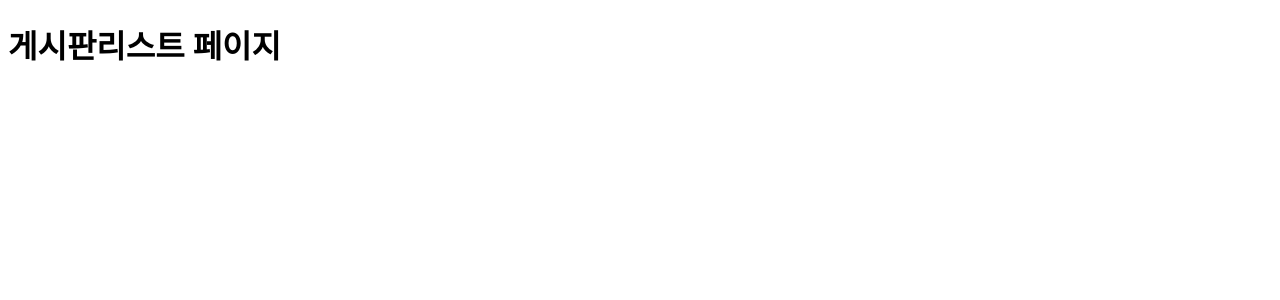
Repository: leejonggwon/PBG_SpringProject
Page: http://localhost/SpringMVC01/boardList.do
The author's editor kept a copy of each file at every save. The page is drawn from the files as they stood at one save, then again after the next save.
The browser window is 1280 px wide. The pictures show the whole page.
The page is served by Tomcat 9.

Above is the page before, as saved 2025-07-31 06:34:03.

After the next save:
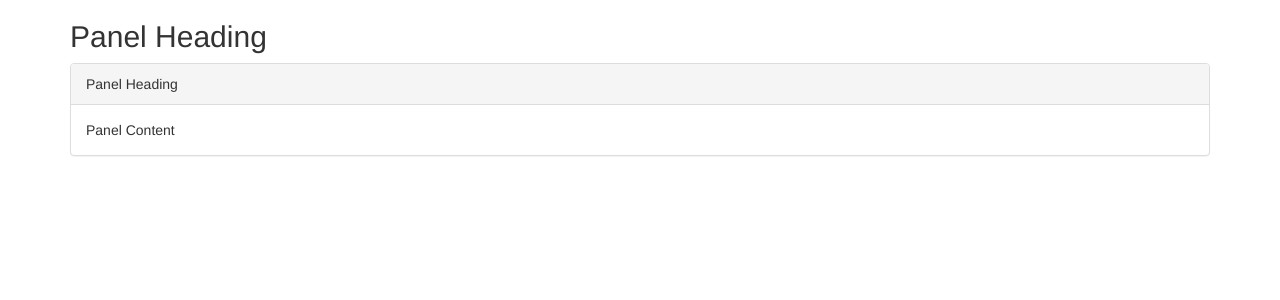
Saved 13 min 13 s later.
--- a/SpringMVC01/src/main/webapp/WEB-INF/views/boardList.jsp
+++ b/SpringMVC01/src/main/webapp/WEB-INF/views/boardList.jsp
@@ -5,8 +5,17 @@
 <head>
 <meta charset="UTF-8">
 <title>Insert title here</title>
+<link rel="stylesheet" href="https://maxcdn.bootstrapcdn.com/bootstrap/3.4.1/css/bootstrap.min.css">
+<script src="https://ajax.googleapis.com/ajax/libs/jquery/3.7.1/jquery.min.js"></script>
+<script src="https://maxcdn.bootstrapcdn.com/bootstrap/3.4.1/js/bootstrap.min.js"></script>
 </head>
 <body>
-	<h1>게시판리스트 페이지</h1>
+	<div class="container">
+		<h2>Panel Heading</h2>
+		<div class="panel panel-default">
+			<div class="panel-heading">Panel Heading</div>
+			<div class="panel-body">Panel Content</div>
+		</div>
+	</div>
 </body>
 </html>
